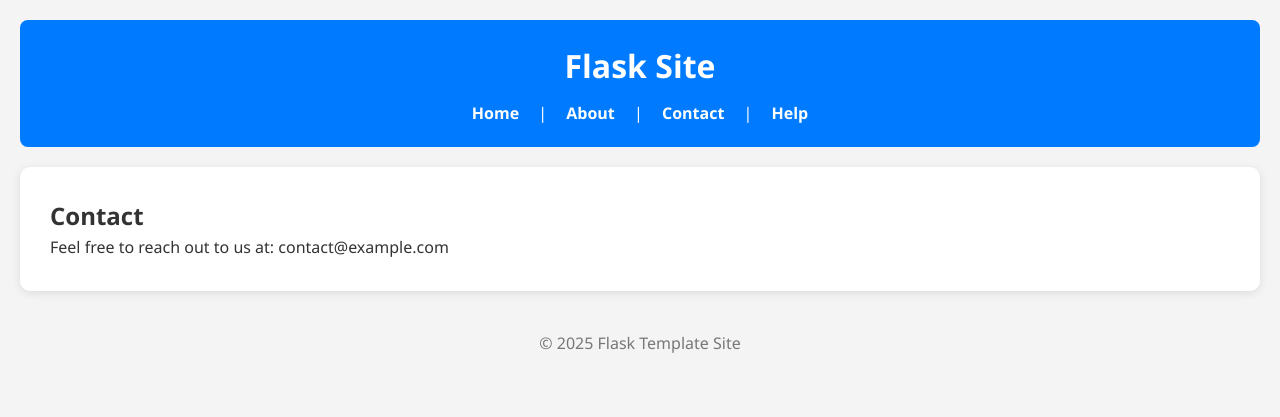
Repository: ankitg-02/FLASK
Page: http://localhost/contact
An editor plug-in stored every save of this project. The page is shown before and after the next save, followed by the edit.
The browser window is 1280 px wide. The pictures show the whole page.
The page is served by the project's application, run on Flask 3 (app.py).

Above is the page before, as saved 2025-05-19 13:00:34.

### Project2/templates/contact.html
{% extends 'base.html' %} {% block title %}Contact - Flask Site{% endblock %} {%
block content %}
<h2>Contact</h2>
<p>Feel free to reach out to us at: contact@example.com</p>
{% endblock %}

### Project2/templates/base.html
<!DOCTYPE html>
<html lang="en">
  <head>
    <meta charset="UTF-8" />
    <title>{% block title %}Flask Site{% endblock %}</title>
    <link
      rel="stylesheet"
      href="{{ url_for('static', filename='css/style.css') }}"
    />
  </head>
  <body>
    <header>
      <h1>Flask Site</h1>
      <nav>
        <a href="{{ url_for('index') }}">Home</a> |
        <a href="{{ url_for('about') }}">About</a> |
        <a href="{{ url_for('contact') }}">Contact</a> |
        <a href="{{ url_for('help') }}">Help</a>
      </nav>
    </header>

    <main>{% block content %}{% endblock %}</main>

    <footer>
      <p>&copy; 2025 Flask Template Site</p>
    </footer>
  </body>
</html>

### Project2/app.py
from flask import Flask, render_template, request
app= Flask(__name__)
@app.route('/')
def index():
    return render_template('index.html')
@app.route('/about')
def about():
    return render_template('about.html')
@app.route('/contact')
def contact():
    return render_template('contact.html')
@app.route('/help')
def help():
    return render_template('help.html')
if __name__ == '__main__':
    app.run(debug=True)

### Project2/static/css/style.css
/* Reset and Base */
* {
    margin: 0;
    padding: 0;
    box-sizing: border-box;
}

body {
    font-family: 'Segoe UI', Tahoma, Geneva, Verdana, sans-serif;
    background-color: #f4f4f4;
    color: #333;
    line-height: 1.6;
    padding: 20px;
}

/* Header */
header {
    background-color: #007BFF;
    color: white;
    padding: 20px;
    border-radius: 8px;
    margin-bottom: 20px;
    text-align: center;
}

/* Navigation */
nav {
    margin-top: 10px;
}

nav a {
    color: white;
    text-decoration: none;
    margin: 0 15px;
    font-weight: bold;
    transition: color 0.3s ease;
}

nav a:hover {
    color: #ffdd57;
}

/* Main Content */
main {
    background: white;
    padding: 30px;
    border-radius: 10px;
    box-shadow: 0 2px 10px rgba(0, 0, 0, 0.1);
}

/* Footer */
footer {
    text-align: center;
    margin-top: 40px;
    color: #777;
}

/* Responsive */
@media (max-width: 600px) {
    nav a {
        display: block;
        margin: 10px 0;
    }

    header, main {
        padding: 15px;
    }
}

After the next save:
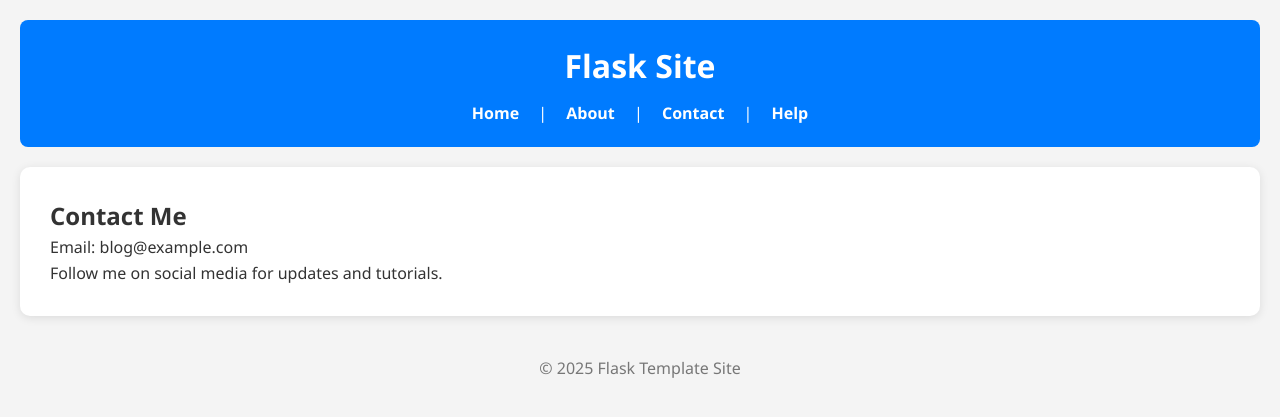
Saved 110 s later.
--- a/Project2/templates/contact.html
+++ b/Project2/templates/contact.html
@@ -1,5 +1,6 @@
-{% extends 'base.html' %} {% block title %}Contact - Flask Site{% endblock %} {%
+{% extends 'base.html' %} {% block title %}Contact - My Blog{% endblock %} {%
 block content %}
-<h2>Contact</h2>
-<p>Feel free to reach out to us at: contact@example.com</p>
+<h2>Contact Me</h2>
+<p>Email: blog@example.com</p>
+<p>Follow me on social media for updates and tutorials.</p>
 {% endblock %}
